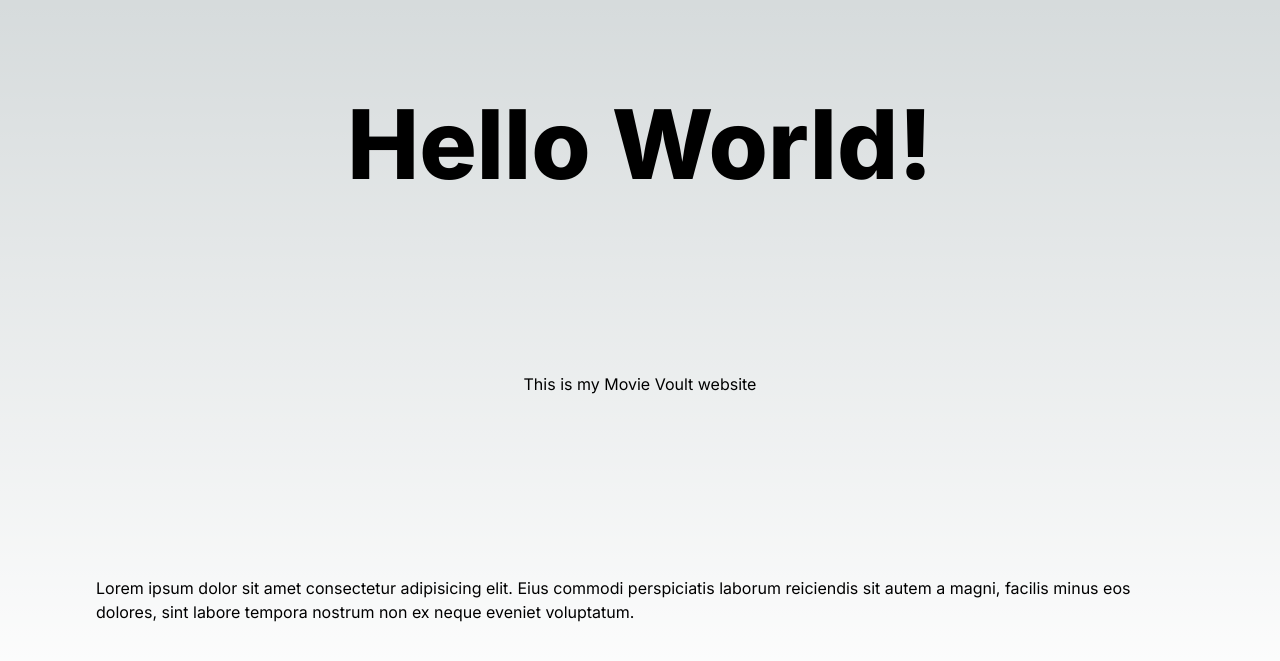
Repository: badhon252/Candidates-portal
Page: /
An editor plug-in stored every save of this project. The page is shown before and after the next save, followed by the edit.
The browser window is 1280 px wide. The pictures show the whole page.
The project was rebuilt for these pictures with package versions that can differ from the ones it lists, and the page was loaded fresh each time. The framework's server and built-in components were replaced by stand-ins that run in the browser. Also part of the build but not shown: next.config.js.

Above is the page before, as saved 2023-05-15 00:38:33.

### app/layout.tsx
import './globals.css';
import { Inter } from 'next/font/google';

const inter = Inter({ subsets: ['latin'] });

export const metadata = {
  title: 'Create Next App',
  description: 'Generated by create next app',
};

export default function RootLayout({
  children,
}: {
  children: React.ReactNode
}) {
  return (
    <html lang="en">
      <body className={inter.className}>{children}</body>
    </html>
  );
}

### app/page.tsx
export default function Home() {
  return (
    <main className="flex min-h-screen flex-col items-center justify-between p-24">
      <h1 className="text-8xl font-extrabold">Hello World!</h1>
      <h2>This is my Movie Voult website</h2>
      <p>
        Lorem ipsum dolor sit amet consectetur adipisicing elit. Eius commodi
        perspiciatis laborum reiciendis sit autem a magni, facilis minus eos
        dolores, sint labore tempora nostrum non ex neque eveniet voluptatum.
      </p>
    </main>
  );
}

Loaded but not shown: app/globals.css (common file); tailwind.config.js (common file)

After the next save:
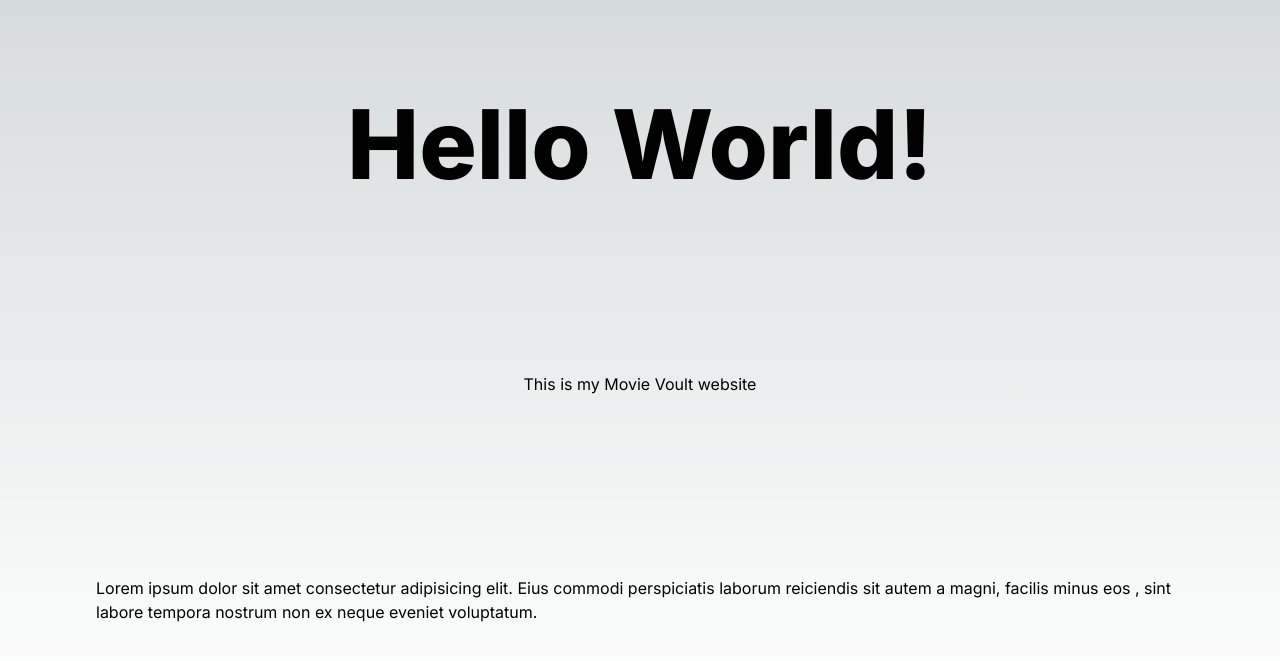
Saved 3 min 43 s later.
--- a/app/page.tsx
+++ b/app/page.tsx
@@ -5,8 +5,8 @@ export default function Home() {
       <h2>This is my Movie Voult website</h2>
       <p>
         Lorem ipsum dolor sit amet consectetur adipisicing elit. Eius commodi
-        perspiciatis laborum reiciendis sit autem a magni, facilis minus eos
-        dolores, sint labore tempora nostrum non ex neque eveniet voluptatum.
+        perspiciatis laborum reiciendis sit autem a magni, facilis minus eos ,
+        sint labore tempora nostrum non ex neque eveniet voluptatum.
       </p>
     </main>
   );
